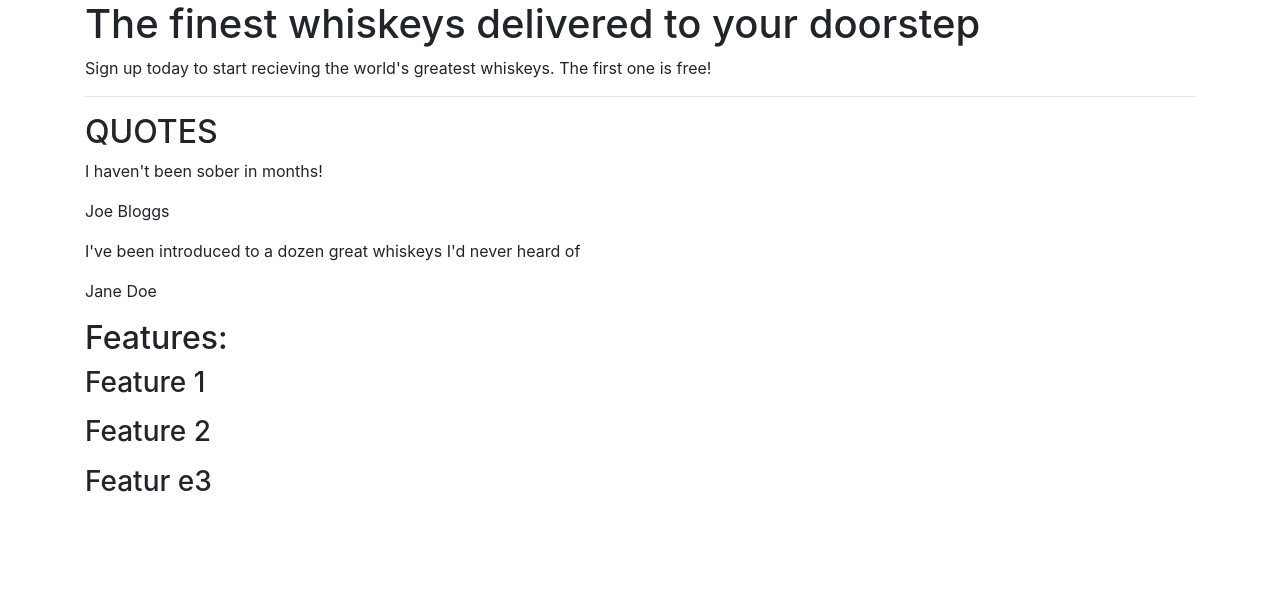
Repository: Matt-F90/Intro-to-bootstrap
Page: index..html
The author's editor kept a record of every edit. The page is drawn from the files as they stood at one moment, then again after the next edit.
The browser window is 1280 px wide. The pictures show the whole page.

Above is the page before.
Console error: TypeError: Cannot read properties of undefined (reading 'fn')

After the next edit:
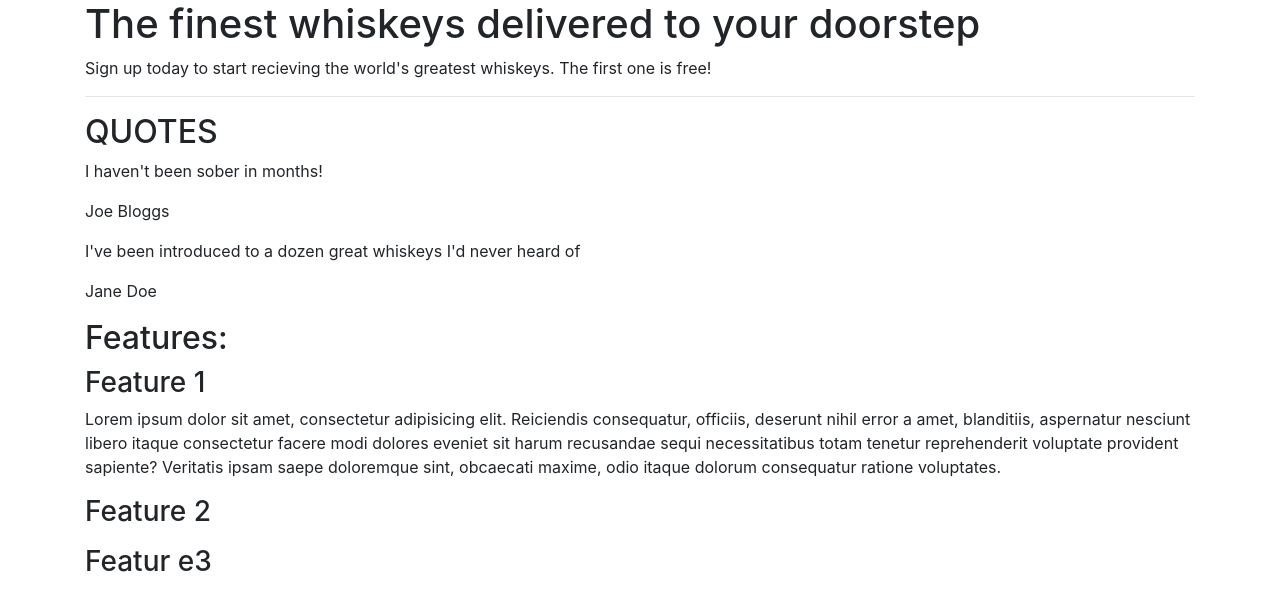
The edit:
--- a/index..html
+++ b/index..html
@@ -33,7 +33,7 @@
 
             <div class="feature">
                 <h3>Feature 1</h3>
-                <p></p>
+                <p>Lorem ipsum dolor sit amet, consectetur adipisicing elit. Reiciendis consequatur, officiis, deserunt nihil error a amet, blanditiis, aspernatur nesciunt libero itaque consectetur facere modi dolores eveniet sit harum recusandae sequi necessitatibus totam tenetur reprehenderit voluptate provident sapiente? Veritatis ipsam saepe doloremque sint, obcaecati maxime, odio itaque dolorum consequatur ratione voluptates.</ipsum50></p>
             </div>
             <div class="feature">
                 <h3>Feature 2</h3>
